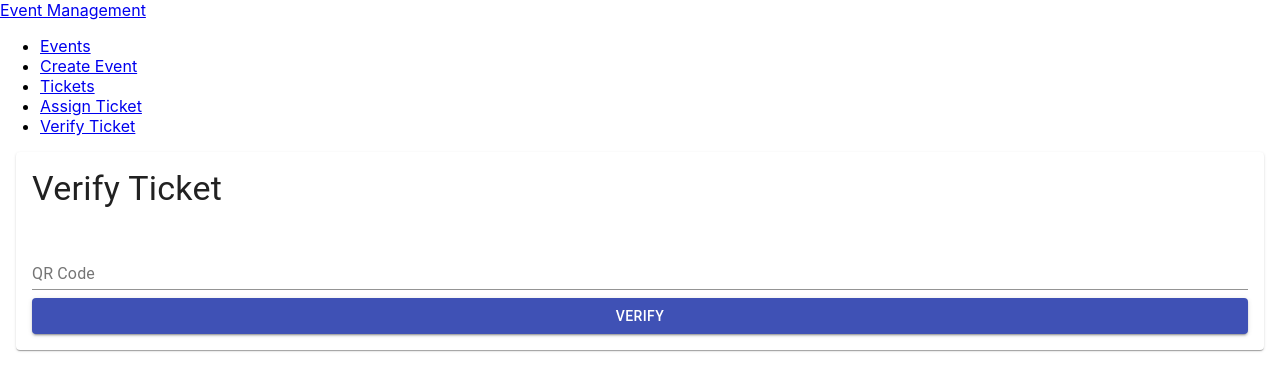
Repository: ferugarte/superticket
Page: /verify-ticket (app in frontend/)
The author's editor kept a copy of each file at every save. The page is drawn from the files as they stood at one save, then again after the next save.
The browser window is 1280 px wide. The pictures show the whole page.
The project was rebuilt for these pictures with package versions that can differ from the ones it lists, and the page was loaded fresh each time. Also part of the build but not shown: frontend/src/components/EventList.jsx, frontend/src/components/EventDetail.jsx, frontend/src/components/CreateEvent.jsx, frontend/src/components/TicketList.jsx, frontend/src/components/AssignTicket.jsx.

Above is the page before, as saved 2024-04-15 11:52:31.

After the next save:
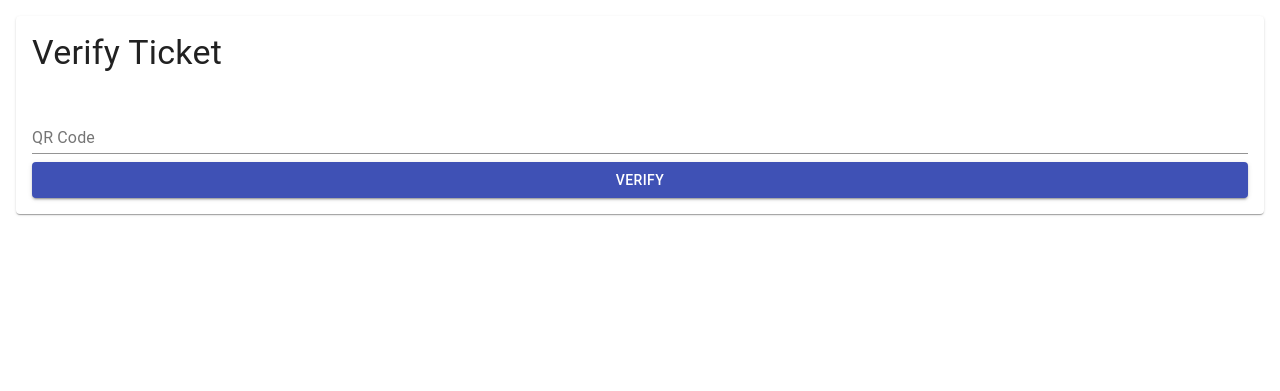
Saved 2 h 23 min later.
--- a/frontend/src/App.js
+++ b/frontend/src/App.js
@@ -1,5 +1,5 @@
 import React from 'react';
-import { BrowserRouter as Router, Routes, Route } from 'react-router-dom';
+import { BrowserRouter, Routes, Route } from 'react-router-dom';
 import EventList from './components/EventList';
 import EventDetail from './components/EventDetail';
 import CreateEvent from './components/CreateEvent';
@@ -10,19 +10,17 @@ import NavigationBar from './components/NavigationBar';
 
 function App() {
   return (
-    <Router>
-      <NavigationBar />
-      <div className="container mt-3">
-        <Routes>  // Change here from Switch to Routes
-          <Route path="/" element={<EventList />} />
-          <Route path="/events/:id" element={<EventDetail />} />
-          <Route path="/create-event" element={<CreateEvent />} />
-          <Route path="/tickets" element={<TicketList />} />
-          <Route path="/assign-ticket" element={<AssignTicket />} />
-          <Route path="/verify-ticket" element={<VerifyTicket />} />
-        </Routes>
-      </div>
-    </Router>
+    <BrowserRouter>
+      <Routes>
+        <Route path="/" element={<EventList />} />
+        <Route path="/events/:id" element={<EventDetail />} />
+        <Route path="/create-event" element={<CreateEvent />} />
+        <Route path="/tickets" element={<TicketList />} />
+        <Route path="/assign-ticket" element={<AssignTicket />} />
+        <Route path="/verify-ticket" element={<VerifyTicket />} />
+        {/* Define other routes similarly */}
+      </Routes>
+    </BrowserRouter>
   );
 }
 
